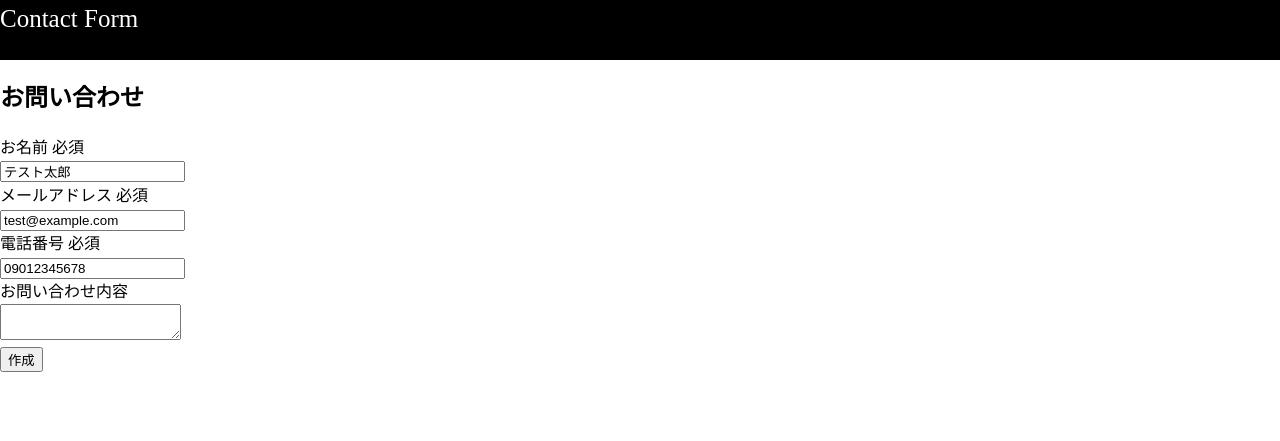
Repository: mayu-ya/my-contact-form
Page: http://localhost/
These files come from the project's save history. The page is drawn as it stood at one moment and after the next save; the edit follows.
The browser window is 1280 px wide. The pictures show the whole page.
The page is served by the project's Laravel application, run on PHP 8.4 with Laravel 8.

Above is the page before, as saved 2025-12-31 22:47:55.

After the next save:
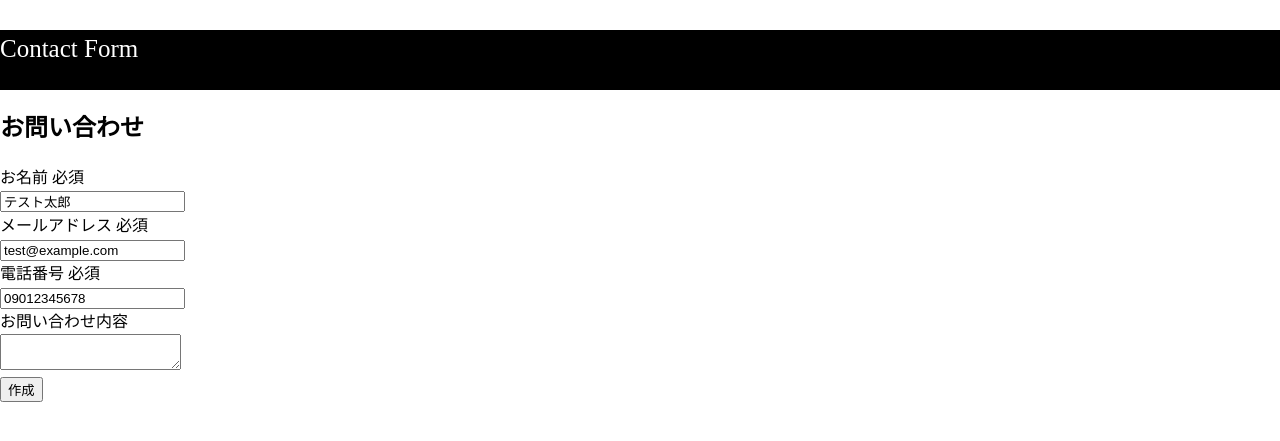
Saved 22 s later.
--- a/src/public/css/common.css
+++ b/src/public/css/common.css
@@ -1,10 +1,11 @@
 .header {
     background: black;
     height: 60px;
-    display: block;
+
 }
 
 .header-logo{
+    display: block;
     color: white;
     font-size: 25px;
     margin-top: 30px;

After the save that followed:
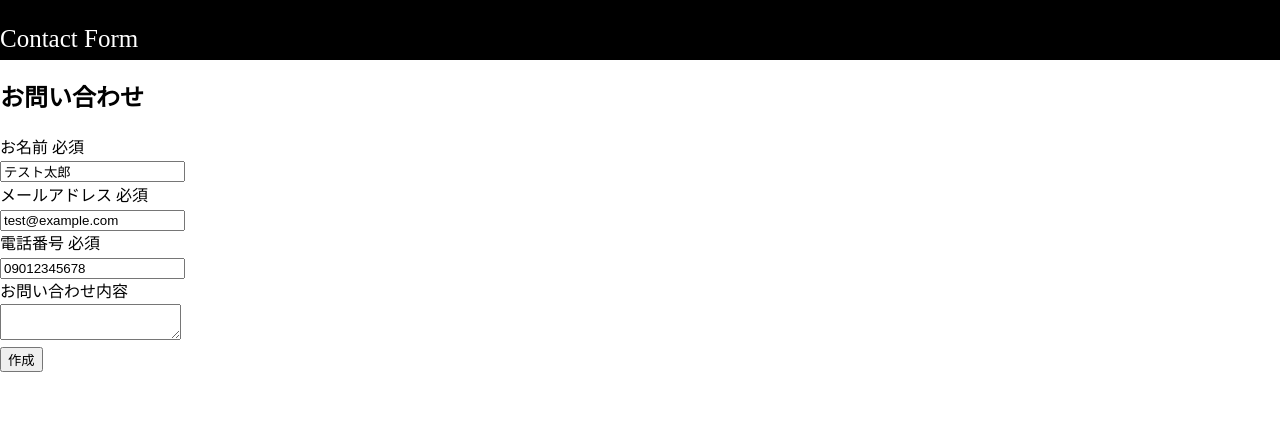
Saved 27 s later.
--- a/src/public/css/common.css
+++ b/src/public/css/common.css
@@ -8,7 +8,7 @@
     display: block;
     color: white;
     font-size: 25px;
-    margin-top: 30px;
+    padding-top: 20px;
     text-decoration: none;
     cursor: pointer;
 }
